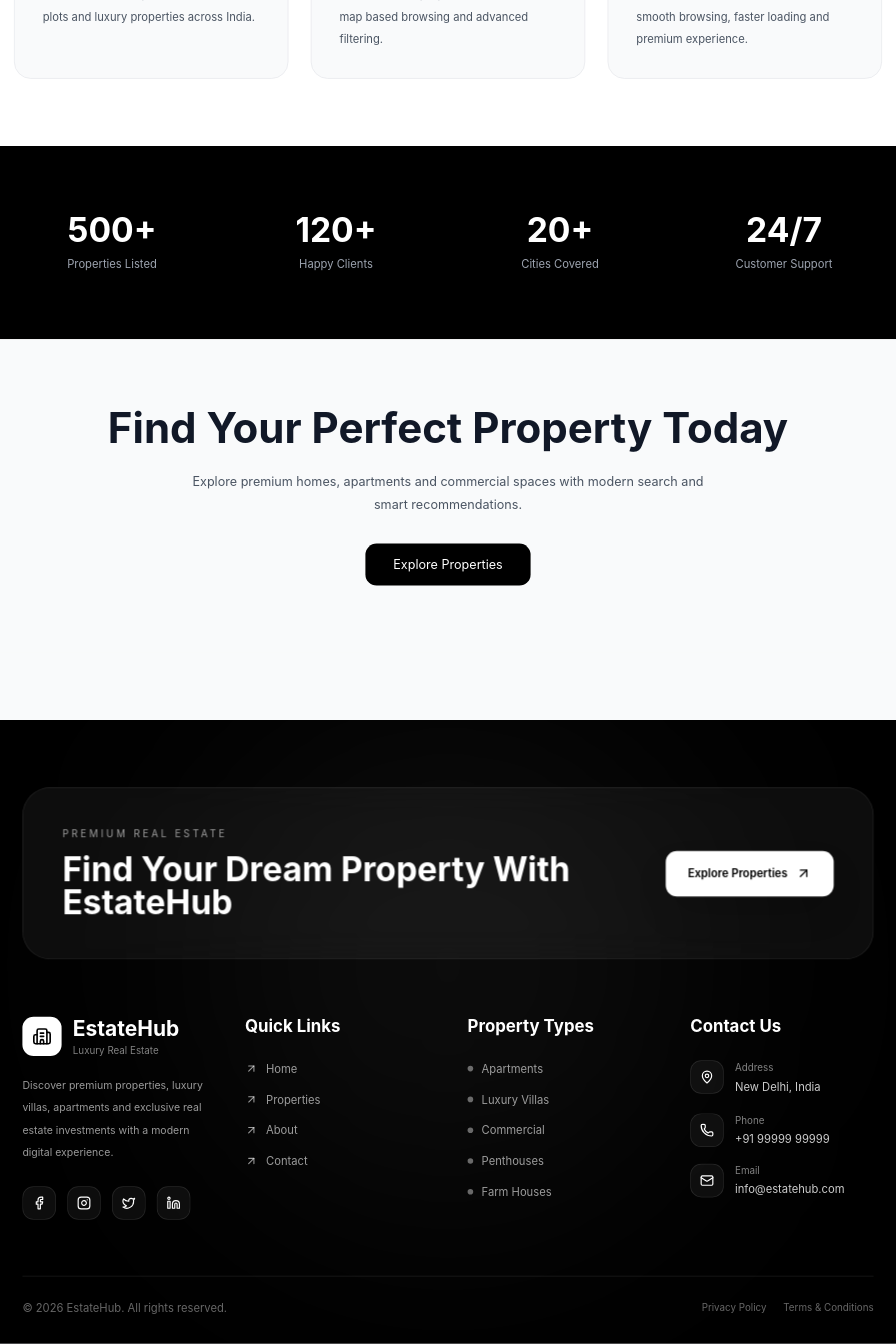
Repository: azoratech1/Real-Estate-Project
Page: / (app in website/)
An editor plug-in stored every save of this project. The page is shown before and after the next save, followed by the edit.
The browser window is 1280 px wide. The pictures show the part of the page from y = 2231 to 4151 px (the page is 4151 px tall before and 4123 px after), at 70% of full size.
The page's requests for data from a server got no answer. The project was rebuilt for these pictures with package versions that can differ from the ones it lists, and the page was loaded fresh each time. No one was signed in, and anything a server would have sent is missing. Also part of the build but not shown: website/vite.config.js, website/src/components/property/PropertyCard.jsx, website/src/pages/Properties.jsx, website/src/pages/PropertyDetails.jsx, website/src/pages/NotFound.jsx.

Above is the page before, as saved 2026-05-13 16:10:15.

### website/index.html
<!DOCTYPE html>
<html lang="en">
  <head>
    <meta charset="UTF-8" />
    <meta name="viewport" content="width=device-width, initial-scale=1.0" />
    <title>React + Vite + Tailwind</title>
  </head>
  <body>
    <div id="root"></div>
    <script type="module" src="/src/main.jsx"></script>
  </body>
</html>

### website/src/App.jsx
import {
  BrowserRouter,
  Routes,
  Route
} from "react-router-dom";

import Home from "./pages/Home";

import PropertiesPage from "./pages/Properties";

import PropertyDetails from "./pages/PropertyDetails";

import NotFound from "./pages/NotFound";

/*
=====================================
APP
=====================================
*/

function App() {

  return (

    <BrowserRouter>

      <Routes>

        {/* HOME */}

        <Route
          path="/"
          element={<Home />}
        />

        {/* ALL PROPERTIES */}

        <Route
          path="/properties"
          element={
            <PropertiesPage />
          }
        />

        {/* SINGLE PROPERTY */}

        <Route
          path="/properties/:id"
          element={
            <PropertyDetails />
          }
        />

        {/* 404 */}

        <Route
          path="*"
          element={<NotFound />}
        />

      </Routes>

    </BrowserRouter>
  );
}

export default App;

### website/src/index.css
@tailwind base;
@tailwind components;
@tailwind utilities;

/*
=====================================
GOOGLE FONT
=====================================
*/

@import url(
  "https://fonts.googleapis.com/css2?family=Inter:wght@100..900&display=swap"
);

/*
=====================================
GLOBAL RESET
=====================================
*/

* {
  margin: 0;
  padding: 0;
  box-sizing: border-box;
}

/*
=====================================
BODY
=====================================
*/

body {

  font-family: "Inter", sans-serif;

  background: #f9fafb;

  color: #111827;

  overflow-x: hidden;
}

/*
=====================================
SCROLLBAR
=====================================
*/

::-webkit-scrollbar {
  width: 8px;
}

::-webkit-scrollbar-track {
  background: #f3f4f6;
}

::-webkit-scrollbar-thumb {
  background: #111827;
  border-radius: 20px;
}

/*
=====================================
SMOOTH SCROLL
=====================================
*/

html {
  scroll-behavior: smooth;
}

/*
=====================================
BUTTON
=====================================
*/

button {
  cursor: pointer;
}

/*
=====================================
INPUTS
=====================================
*/

input,
textarea,
select {

  font-family: inherit;
}

/*
=====================================
IMAGES
=====================================
*/

img {
  display: block;
  max-width: 100%;
}

### website/src/components/layout/MainLayout.jsx
import Navbar from "./Navbar";

import Footer from "./Footer";

function MainLayout({
  children
}) {

  return (

    <div
      className="
        min-h-screen
        bg-gray-50
      "
    >

      {/* NAVBAR */}

      <Navbar />

      {/* PAGE CONTENT */}

      <main
        className="
          pt-[80px]
        "
      >

        {children}

      </main>

      {/* FOOTER */}

      <Footer />

    </div>
  );
}

export default MainLayout;

### website/src/components/layout/Footer.jsx
import {
  Link
} from "react-router-dom";

import {
  Building2,
  MapPin,
  Phone,
  Mail,
  ArrowUpRight,
  Facebook,
  Instagram,
  Twitter,
  Linkedin
} from "lucide-react";

function Footer() {

  const quickLinks = [

    {
      name: "Home",
      path: "/"
    },

    {
      name: "Properties",
      path: "/properties"
    },

    {
      name: "About",
      path: "/about"
    },

    {
      name: "Contact",
      path: "/contact"
    }
  ];

  const propertyTypes = [

    "Apartments",

    "Luxury Villas",

    "Commercial",

    "Penthouses",

    "Farm Houses"
  ];

  return (

    <footer
      className="
        relative
        bg-black
        text-white
        mt-24
        overflow-hidden
      "
    >

      {/* BACKGROUND GLOW */}

      <div
        className="
          absolute
          top-0
          left-1/2
          -translate-x-1/2
          w-[700px]
          h-[700px]
          bg-white/5
          blur-[180px]
          rounded-full
        "
      />

      <div
        className="
          relative
          z-10
          max-w-7xl
          mx-auto
          px-5
          lg:px-8
          pt-24
          pb-10
        "
      >

        {/* TOP CTA */}

        <div
          className="
            mb-20
            rounded-[40px]
            border
            border-white/10
            bg-white/5
            backdrop-blur-xl
            p-8
            lg:p-14
            flex
            flex-col
            lg:flex-row
            items-start
            lg:items-center
            justify-between
            gap-10
          "
        >

          <div>

            <p
              className="
                uppercase
                tracking-[4px]
                text-sm
                text-white/60
                mb-4
              "
            >

              Premium Real Estate

            </p>

            <h2
              className="
                text-4xl
                lg:text-5xl
                font-bold
                leading-tight
                max-w-3xl
              "
            >

              Find Your Dream
              Property With
              EstateHub

            </h2>

          </div>

          <Link
            to="/properties"
            className="
              h-[65px]
              px-8
              rounded-2xl
              bg-white
              text-black
              font-semibold
              flex
              items-center
              gap-3
              hover:scale-105
              transition-all
              shadow-2xl
              whitespace-nowrap
            "
          >

            Explore Properties

            <ArrowUpRight
              size={22}
            />

          </Link>

        </div>

        {/* MAIN GRID */}

        <div
          className="
            grid
            grid-cols-1
            md:grid-cols-2
            lg:grid-cols-4
            gap-14
            pb-20
            border-b
            border-white/10
          "
        >

          {/* BRAND */}

          <div>

            <div
              className="
                flex
                items-center
                gap-4
                mb-6
              "
            >

              <div
                className="
                  w-14
                  h-14
                  rounded-2xl
                  bg-white
                  text-black
                  flex
                  items-center
                  justify-center
                "
              >

                <Building2
                  size={28}
                />

              </div>

              <div>

                <h2
                  className="
                    text-3xl
                    font-bold
                  "
                >

                  EstateHub

                </h2>

                <p
                  className="
                    text-white/50
                    text-sm
                    mt-1
                  "
                >

                  Luxury Real Estate

                </p>

              </div>

            </div>

            <p
              className="
                text-white/60
                leading-8
                text-[15px]
              "
            >

              Discover premium
              properties, luxury villas,
              apartments and exclusive
              real estate investments
              with a modern digital
              experience.

            </p>

            {/* SOCIALS */}

            <div
              className="
                flex
                items-center
                gap-4
                mt-8
              "
            >

              {
                [
                  Facebook,
                  Instagram,
                  Twitter,
                  Linkedin
                ].map(
                  (
                    Icon,
                    index
                  ) => (

                    <button

                      key={index}

                      className="
                        w-12
                        h-12
                        rounded-2xl
                        border
                        border-white/10
                        bg-white/5
                        flex
                        items-center
                        justify-center
                        hover:bg-white
                        hover:text-black
                        transition-all
                      "
                    >

                      <Icon size={20} />

                    </button>

                  )
                )
              }

            </div>

          </div>

          {/* QUICK LINKS */}

          <div>

            <h3
              className="
                text-2xl
                font-bold
                mb-8
              "
            >

              Quick Links

            </h3>

            <div
              className="
                space-y-5
              "
            >

              {
                quickLinks.map(
                  (link) => (

                    <Link

                      key={link.path}

                      to={link.path}

                      className="
                        flex
                        items-center
                        gap-3
                        text-white/60
                        hover:text-white
                        transition-all
                        group
                      "
                    >

                      <ArrowUpRight
                        size={18}
                        className="
                          group-hover:translate-x-1
                          group-hover:-translate-y-1
                          transition-all
                        "
                      />

                      {link.name}

                    </Link>

                  )
                )
              }

            </div>

          </div>

          {/* PROPERTY TYPES */}

          <div>

            <h3
              className="
                text-2xl
                font-bold
                mb-8
              "
            >

              Property Types

            </h3>

            <div
              className="
                space-y-5
              "
            >

              {
                propertyTypes.map(
                  (
                    item,
                    index
                  ) => (

                    <div

                      key={index}

                      className="
                        flex
                        items-center
                        gap-3
                        text-white/60
                      "
                    >

                      <div
                        className="
                          w-2
                          h-2
                          rounded-full
                          bg-white/40
                        "
                      />

                      {item}

                    </div>

                  )
                )
              }

            </div>

          </div>

          {/* CONTACT */}

          <div>

            <h3
              className="
                text-2xl
                font-bold
                mb-8
              "
            >

              Contact Us

            </h3>

            <div
              className="
                space-y-6
              "
            >

              <div
                className="
                  flex
                  items-start
                  gap-4
                "
              >

                <div
                  className="
                    w-12
                    h-12
                    rounded-2xl
                    bg-white/5
                    border
                    border-white/10
                    flex
                    items-center
                    justify-center
                    shrink-0
                  "
                >

                  <MapPin
                    size={20}
                  />

                </div>

                <div>

                  <p
                    className="
                      text-white/50
                      text-sm
                      mb-1
                    "
                  >

                    Address

                  </p>

                  <p
                    className="
                      text-white/80
                      leading-7
                    "
                  >

                    New Delhi,
                    India

                  </p>

                </div>

              </div>

              <div
                className="
                  flex
                  items-start
                  gap-4
                "
              >

                <div
                  className="
                    w-12
                    h-12
                    rounded-2xl
                    bg-white/5
                    border
                    border-white/10
                    flex
                    items-center
                    justify-center
                    shrink-0
                  "
                >

                  <Phone
                    size={20}
                  />

                </div>

                <div>

                  <p
                    className="
                      text-white/50
                      text-sm
                      mb-1
                    "
                  >

                    Phone

                  </p>

                  <p
                    className="
                      text-white/80
                    "
                  >

                    +91 99999 99999

                  </p>

                </div>

              </div>

              <div
                className="
                  flex
                  items-start
                  gap-4
                "
              >

                <div
                  className="
                    w-12
                    h-12
                    rounded-2xl
                    bg-white/5
                    border
                    border-white/10
                    flex
                    items-center
                    justify-center
                    shrink-0
                  "
                >

                  <Mail
                    size={20}
                  />

                </div>

                <div>

                  <p
                    className="
                      text-white/50
                      text-sm
                      mb-1
                    "
                  >

                    Email

                  </p>

                  <p
                    className="
                      text-white/80
                    "
                  >

                    info@estatehub.com

                  </p>

                </div>

              </div>

            </div>

          </div>

        </div>

        {/* BOTTOM */}

        <div
          className="
            pt-8
            flex
            flex-col
            md:flex-row
            items-center
            justify-between
            gap-5
          "
        >

          <p
            className="
              text-white/40
              text-center
              md:text-left
            "
          >

            © 2026 EstateHub.
            All rights reserved.

          </p>

          <div
            className="
              flex
              items-center
              gap-6
              text-white/40
              text-sm
            "
          >

            <button
              className="
                hover:text-white
                transition-all
              "
            >

              Privacy Policy

            </button>

            <button
              className="
                hover:text-white
                transition-all
              "
            >

              Terms & Conditions

            </button>

          </div>

        </div>

      </div>

    </footer>
  );
}

export default Footer;

### website/src/components/common/Loader.jsx
function Loader() {

  return (

    <div
      className="
        w-full
        flex
        items-center
        justify-center
        py-20
      "
    >

      <div
        className="
          w-12
          h-12
          border-4
          border-gray-300
          border-t-black
          rounded-full
          animate-spin
        "
      />

    </div>
  );
}

export default Loader;

### website/src/components/common/EmptyState.jsx
function EmptyState({

  title = "No Data Found",

  description =
    "There is nothing to display right now.",

  buttonText,

  onClick

}) {

  return (

    <div
      className="
        bg-white
        rounded-3xl
        shadow-sm
        border
        p-10
        text-center
      "
    >

      {/* ICON */}

      <div
        className="
          w-20
          h-20
          mx-auto
          rounded-full
          bg-gray-100
          flex
          items-center
          justify-center
          text-4xl
        "
      >

        📭

      </div>

      {/* TITLE */}

      <h2
        className="
          text-2xl
          font-bold
          mt-6
        "
      >

        {title}

      </h2>

      {/* DESCRIPTION */}

      <p
        className="
          text-gray-500
          mt-3
          max-w-[400px]
          mx-auto
          leading-7
        "
      >

        {description}

      </p>

      {/* BUTTON */}

      {
        buttonText && (

          <button

            onClick={onClick}

            className="
              mt-6
              bg-black
              text-white
              px-6
              py-3
              rounded-xl
              hover:bg-gray-800
              transition-all
            "
          >

            {buttonText}

          </button>

        )
      }

    </div>
  );
}

export default EmptyState;

Loaded but not shown: website/src/main.jsx (common file); website/src/services/api.js (69 lines, source omitted); website/tailwind.config.js (8 lines, source omitted); website/src/components/home/HeroSection.jsx (837 lines, source omitted); website/src/components/home/FeaturedProperties.jsx (454 lines, source omitted); website/src/pages/Home.jsx (472 lines, source omitted); website/src/components/layout/Navbar.jsx (474 lines, source omitted)

After the next save:
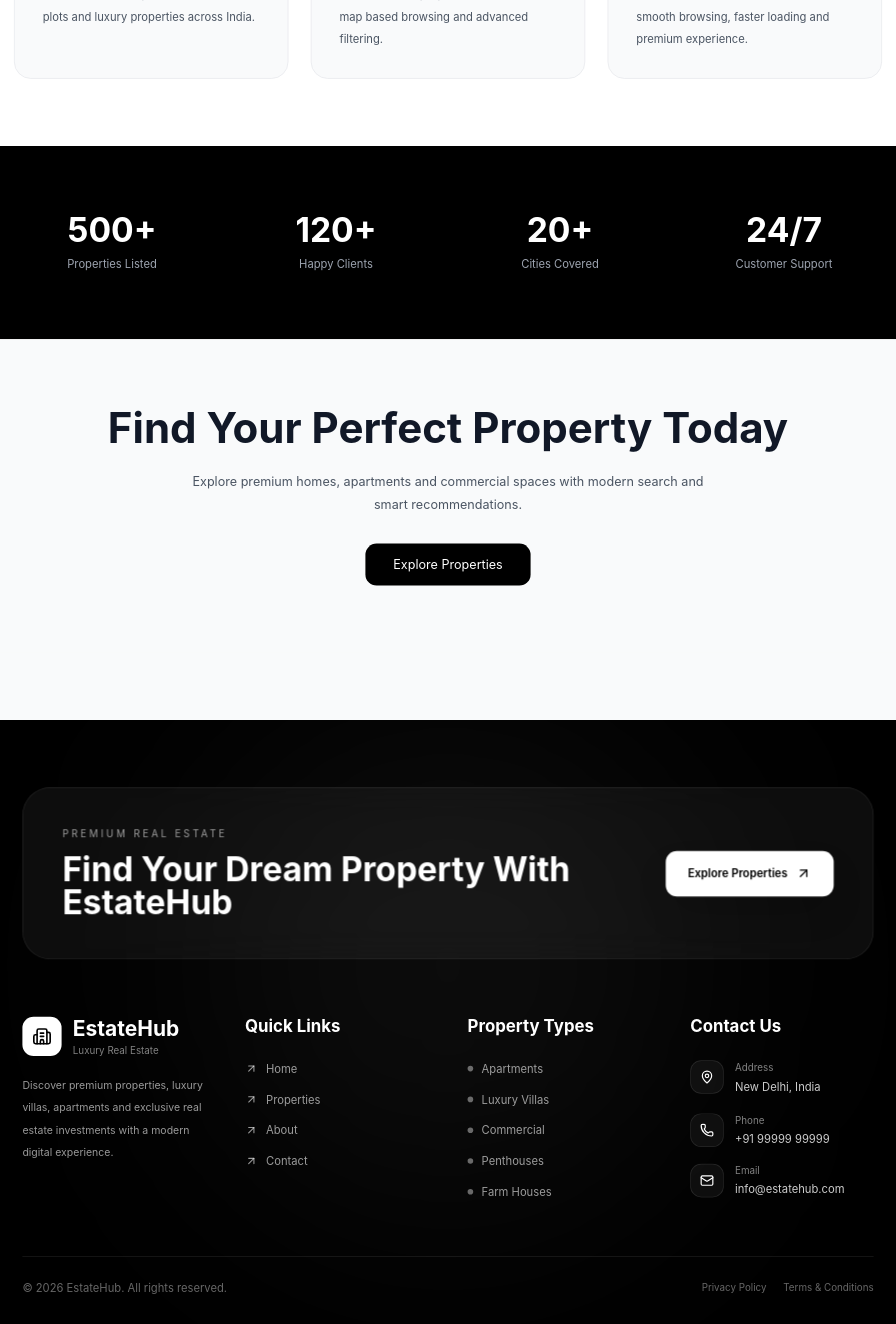
Saved 22 s later.
--- a/website/src/components/layout/Footer.jsx
+++ b/website/src/components/layout/Footer.jsx
@@ -7,11 +7,7 @@ import {
   MapPin,
   Phone,
   Mail,
-  ArrowUpRight,
-  Facebook,
-  Instagram,
-  Twitter,
-  Linkedin
+  ArrowUpRight
 } from "lucide-react";
 
 function Footer() {
@@ -271,59 +267,6 @@ function Footer() {
 
             </p>
 
-            {/* SOCIALS */}
-
-            <div
-              className="
-                flex
-                items-center
-                gap-4
-                mt-8
-              "
-            >
-
-              {
-                [
-                  Facebook,
-                  Instagram,
-                  Twitter,
-                  Linkedin
-                ].map(
-                  (
-                    Icon,
-                    index
-                  ) => (
-
-                    <button
-
-                      key={index}
-
-                      className="
-                        w-12
-                        h-12
-                        rounded-2xl
-                        border
-                        border-white/10
-                        bg-white/5
-                        flex
-                        items-center
-                        justify-center
-                        hover:bg-white
-                        hover:text-black
-                        transition-all
-                      "
-                    >
-
-                      <Icon size={20} />
-
-                    </button>
-
-                  )
-                )
-              }
-
-            </div>
-
           </div>
 
           {/* QUICK LINKS */}
